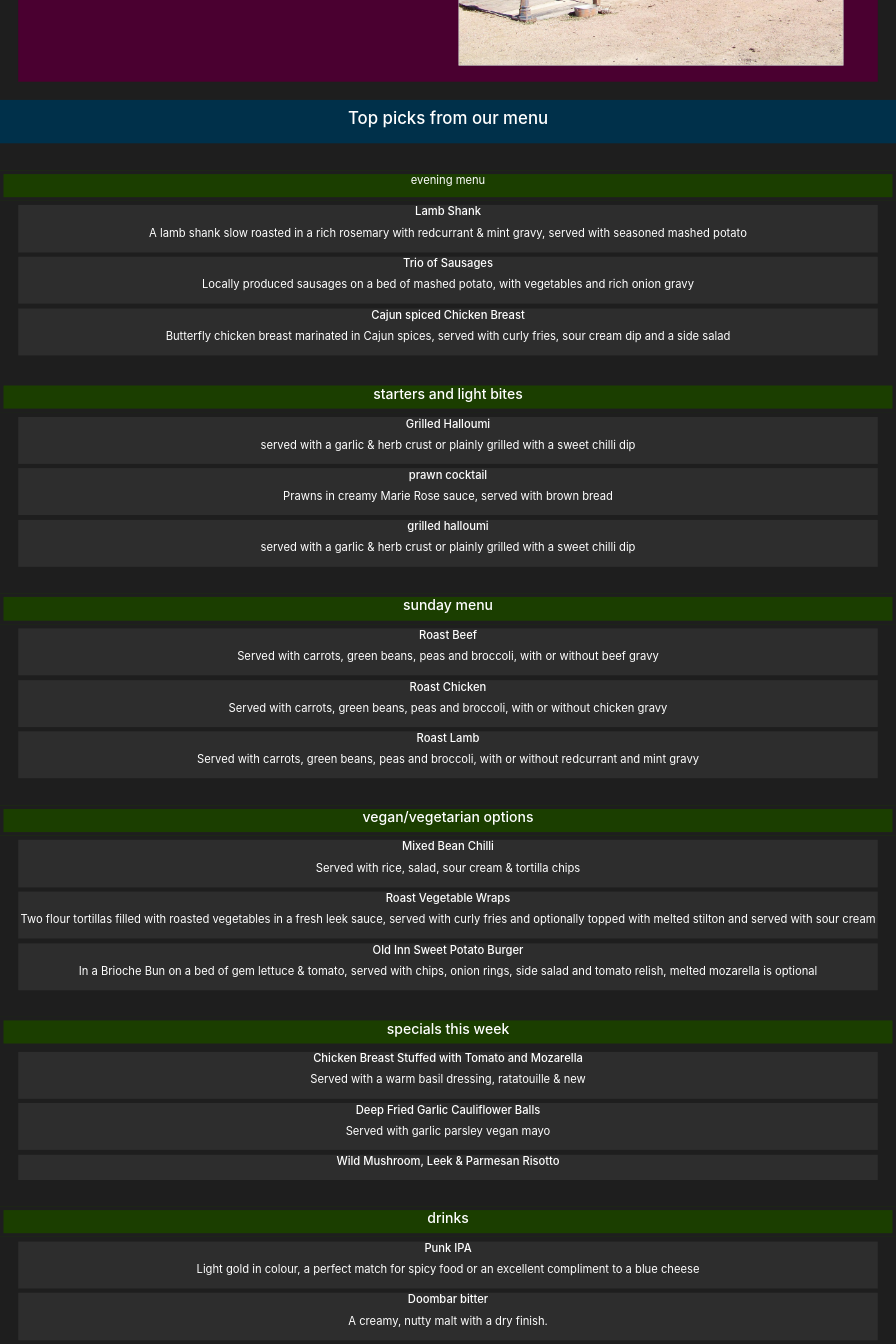
Repository: Code-Institute-Submissions/JamesLStudent-Milestone_One
Page: index.html
The author's editor kept a record of every edit. The page is drawn from the files as they stood at one moment, then again after the next edit.
The browser window is 1280 px wide. The pictures show the part of the page from y = 1134 to 3054 px (the page is 3584 px tall before and 3591 px after), at 70% of full size.

Above is the page before.
Console error: TypeError: Cannot read properties of undefined (reading 'fn')

### index.html
<!DOCTYPE html>
<html lang="en">

<head>
    <meta charset="UTF-8">
    <meta name="viewport" content="width=device-width, initial-scale=1.0">
    <meta http-equiv="X-UA-Compatible" content="ie=edge">
    <title>Welcome to The Old Inn</title>
    <link href="Assets/main.css" rel="stylesheet" type="text/css" />
    <link rel="stylesheet" href="https://stackpath.bootstrapcdn.com/bootstrap/4.3.1/css/bootstrap.min.css" integrity="sha384-ggOyR0iXCbMQv3Xipma34MD+dH/1fQ784/j6cY/iJTQUOhcWr7x9JvoRxT2MZw1T" crossorigin="anonymous">
    <script src="https://stackpath.bootstrapcdn.com/bootstrap/4.3.1/js/bootstrap.min.js" integrity="sha384-JjSmVgyd0p3pXB1rRibZUAYoIIy6OrQ6VrjIEaFf/nJGzIxFDsf4x0xIM+B07jRM" crossorigin="anonymous"></script>
</head>

<body class="bg">
    <div class="index-h1-background">
        <h1>The Old Inn</h1>
    </div>
    <a href="menu.html">
        <div class="col-6 col-md-12 col-lg-3 navigation-item black-text">
            <h5>menu</h5>
        </div>
    </a>
    <a href="events.html">
        <div class="col-6 col-md-12 col-lg-3 navigation-item black-text">
            <h5>events</h5>
        </div>
    </a>
    <a href="contacts.html">
        <div class="col-12 col-md-12 col-lg-3 navigation-item black-text">
            <h5>contact us</h5>
        </div>
    </a>
    <a href="produce.html">
        <div class="col-12 col-md-12 col-lg-3 navigation-item black-text">
            <h5>our produce</h5>
        </div>
    </a>
    <div class="centerer">
        <div class="subtitle">
            <h4>Restaurant History</h4>
        </div>
        <div class="history">
            <h6 class="black-text">Our pub has a long and colourful history, and if you're interested, we'd love to share it with you.</h6>
            <div>
                <img class="history-img-one" />
                <p class="black-text left-align">
                    While the pub is currently owned and managed by the Reynolds family, it has changed hands many times through the years, and served many purposes.</br>
                    </br>
                    Originally built as a halfway-house between Bristol and London in the mid-16th century, the building was a single storey, with only three rooms - A room for the owner and his wife, a common area, and a room for the merchants and travellers who stayed
                    the night to sleep in.
                    </br>
                </p>
            </div>
            <p class="black-text left-align">
                </br>
                It remained a halfway-house until 1896, when the UK Locomotive Act was repealed and motor vehicles travelling by road no longer needed a man waving a red flag and blowing a horn to walk ahead of them. This allowed cars to become more widespread, changing
                the journey from London to Bristol from a several day excursion to a trip manageable in a single day.</br>
                </br>This change meant that a halfway-house was no longer necessary, and thus the property was sold to become a family home. It was during this time that the building recieved several of its many expansions, upgrading it from three rooms to
                five.
            </p>
            <img class="history-img-two" />
            <p class="black-text left-align">
                </br>This change did not last, however, as the start of World War One in 1914 saw the new family's father and only son enlist in the army, leaving their mother alone. Unfortunately, neither of them made it home from the war, and their mother
                moved out of the house in 1920.</br>
                </br>
                The property remained uninhabited for 12 years, until 1932, when it was finally bought by the current owners' great grandfather, Frank Reynolds, fixed up, expanded to a two storey building and converted into a pub, which it has of course remained, under
                the same family's care ever since.
            </p>
        </div>
        <div class="spacer"></div>
        <div class="subtitle">
            <h4>Top picks from our menu</h4>
        </div>
        <div class="title-link">
            <a href="menu.html#evening">
                <p class="no-decoration white-text">
                    evening menu
                </p>
            </a>
        </div>
        <div class="alt-link white-text">
            <h6>
                Lamb Shank
            </h6>
            <p>
                A lamb shank slow roasted in a rich rosemary with redcurrant & mint gravy, served with seasoned mashed potato
            </p>
        </div>
        <div class="alt-link">
            <h6>
                Trio of Sausages
            </h6>
            <p>
                Locally produced sausages on a bed of mashed potato, with vegetables and rich onion gravy
            </p>
        </div>
        <div class="alt-link">
            <h6>
                Cajun spiced Chicken Breast
            </h6>
            <p>
                Butterfly chicken breast marinated in Cajun spices, served with curly fries, sour cream dip and a side salad
            </p>
        </div>
        <div class="title-link">
            <a href="menu.html#starters">
                <h5 class="no-deco white-text">
                    starters and light bites
                </h5>
            </a>
        </div>
        <div class="alt-link">
            <h6>
                Grilled Halloumi
            </h6>
            <p>
                served with a garlic & herb crust or plainly grilled with a sweet chilli dip
            </p>
        </div>
        <div class="alt-link">
            <h6>
                prawn cocktail
            </h6>
            <p>
                Prawns in creamy Marie Rose sauce, served with brown bread
            </p>
        </div>
        <div class="alt-link">
            <h6>
                grilled halloumi
            </h6>
            <p>
                served with a garlic & herb crust or plainly grilled with a sweet chilli dip
            </p>
        </div>
        <div class="title-link">
            <a href="menu.html#sunday">
                <h5 class="no-deco white-text">
                    sunday menu
                </h5>
            </a>
        </div>
        <div class="alt-link">
            <h6>
                Roast Beef
            </h6>
            <p>
                Served with carrots, green beans, peas and broccoli, with or without beef gravy
            </p>
        </div>
        <div class="alt-link">
            <h6>
                Roast Chicken
            </h6>
            <p>
                Served with carrots, green beans, peas and broccoli, with or without chicken gravy
            </p>
        </div>
        <div class="alt-link">
            <h6>
                Roast Lamb
            </h6>
            <p>
                Served with carrots, green beans, peas and broccoli, with or without redcurrant and mint gravy
            </p>
        </div>
        <div class="title-link">
            <a href="menu.html#vegan">
                <h5 class="no-deco white-text">
                    vegan/vegetarian options
                </h5>
            </a>
        </div>
        <div class="alt-link">
            <h6>
                Mixed Bean Chilli
            </h6>
            <p>
                Served with rice, salad, sour cream & tortilla chips
            </p>
        </div>
        <div class="alt-link">
            <h6>
                Roast Vegetable Wraps
            </h6>
            <p>
            Two flour tortillas filled with roasted vegetables in a fresh leek sauce, served with curly fries and optionally topped with melted stilton and served with sour cream
            </p>
        </div>
        <div class="alt-link">
            <h6>
                Old Inn Sweet Potato Burger
            </h6>
            <p>
                In a Brioche Bun on a bed of gem lettuce & tomato, served with chips, onion rings, side salad and tomato relish, melted mozarella is optional</div>
            </p>
        <div class="title-link">
            <a href="menu.html#specials">
                <h5 class="no-deco white-text">
                    specials this week
                </h5>
            </a>
        </div>
        <div class="alt-link">
            <h6>
                Chicken Breast Stuffed with Tomato and Mozarella
            </h6>
            <p>
            Served with a warm basil dressing, ratatouille & new
            </p>
        </div>
        <div class="alt-link">
            <h6>
                Deep Fried Garlic Cauliflower Balls
            </h6>
            <p>
            Served with garlic parsley vegan mayo
            </p>
        </div>
        <div class="alt-link">
            <h6>
                Wild Mushroom, Leek & Parmesan Risotto
            </h6>
        </div>
        <div class="title-link">
            <a href="menu.html#drinks">
                <h5 class="no-deco white-text">
                    drinks
                </h5>
            </a>
        </div>
        <div class="alt-link">
            <h6>
                Punk IPA
            </h6>
            <p>
            Light gold in colour, a perfect match for spicy food or an excellent compliment to a blue cheese
            </p>
        </div>
        <div class="alt-link">
            <h6>
                Doombar bitter
            </h6>
            <p>
            A creamy, nutty malt with a dry finish.
            </p>
        </div>
        <div class="alt-link">
            <h6>
                Gem amber ale
            </h6>
            <p>
            A creamy, nutty malt with a dry finish
            </p>
        </div>
        <footer>
            <div class="footer">
                <div class="col-12 footer-div text-muted">
                    <h5>contact</h5>
                </div>
                <div class="col-12 col-md-6 col-lg-8 left footer-div text-muted left-align">
                    <h6>opening times</h6>
                    <p class="left-align">
                        </br>
                        Mon - Thu: 11:00 - 23:00</br>
                        Fri - Sat: 11:00 - 00:00</br>
                        Sun: 12:00 - 22:30</br>
                        </br>
                    </p>
                    <h6>food served</h6>
                    <p class="left-align">
                        </br>
                        Mon - Fri: 12:00 - 14:30, 17:00 - 21:00</br>
                        Sat: 12:00 - 21:00</br>
                        Sun: 12:00 - 15:00, 17:30 - 20:00</p>
                </div>
                <div class="col-12 col-md-6 col-lg-4 left footer-div text-muted left-align">
                    <h6>contact details</h6>
                    <p class="left-align">
                        </br>Fake Street, Coalpit Heath, Bristol, FA73 0NE</br>01454 123456</br>
                        info@oldinncoalpitheath.co.uk</p>
                    <h6>
                        </br>follow us</h6>
                    <p>
                        </br>facebook link</p>
                </div>
            </div>
        </footer>
    </div>
</body>

</html>

### Assets/main.css
/*----------------- STYLES APPEARING ON MULTIPLE PAGES -----------------*/

.bg {
    position: absolute;
    top: 0;
    left: 0;
    bottom: 0;
    right: 0;
    display: block;
    background-color: #1e1e1e;
}

h1 {
    text-align: center;
    min-height: 40px;
    height: auto;
    padding: 2% 0 2% 0;
    color: #FFFFFF;
    background: rgba(0, 0, 0, 0.5);
}

.subtitle {
    text-align: center;
    padding: 3% 0 3% 0;
    margin: 5% 0 0 0;
    display: inline-block;
    width: 100%;
    min-height: 15px;
    height: auto;
    background-color: #00304A;
    color: #FFFFFF;
}

.sub-box {
    background-color: #1B3E00;
    height: auto;
    border: 5px solid #1e1e1e;
    line-height: 100%;
    margin-top: 3%;
    min-height: 6%;
    height: auto;
    color: #FFFFFF;
    text-decoration: none;
}

.black-text {
    color: black;
}

.white-text {
    color: #FFFFFF;
}

footer {
    min-height: 20%;
    height: auto;
    display: block;
    bottom: 0;
    position: relative;
}

.footer {
    display: inline-block;
    margin-top: 5%;
    width: 100%;
    min-height: 100%;
    height: auto;
    background-color: #141414;
}

.centerer {
    height: 100%;
    text-align: center;
}

.left {
    float: left;
}

.right {
    float: right;
}

.clear {
    padding: 0;
    margin: 0;
}

.footer-div {
    padding: 2%;
}

.left-align {
    text-align: left;
}

.inline {
    display: inline-block;
}

.no-deco {
    text-decoration: none;
}

.no-deco:hover {
    text-decoration: none;
}

/*----------------- MAIN NAV ITEM -----------------*/

.navigation-item {
    background-color: #FFFFFF;
    float: left;
    text-align: center;
    border-radius: 10px;
    border: 5px solid #1e1e1e;
}

.navigation-item:hover {
    text-decoration: none;
    background-color: #383838;
    color: #FFFFFF;
}

/*----------------- HOMEPAGE STYLE -----------------*/

.history {
    margin: 5% 2% 0 2%;
    display: inline-block;
    text-align: center;
    width: 96%;
    min-height: 50%;
    height: auto;
    background-color: #4A0030;
    padding: 0 2% 0 2%;
}

.alt-link {
    margin: 1% 2% 0% 2%;
    display: inline-block;
    text-align: center;
    width: 96%;
    min-height: 5%;
    height: auto;
    background-color: #2D2D2D;
    color: #FFFFFF;
}

.title-link {
    background-color: #1B3E00;
    height: auto;
    border: 5px solid #1e1e1e;
    line-height: 100%;
    margin-top: 3%;
    min-height: 6%;
    color: #FFFFFF;
    text-decoration: none;
}

.title-link:hover {
    background-color: #1C3906;
    color: #FFFFFF;
    text-decoration: none;
}

.index-h1-background {
    background-image: url("./images/index-h1.jpg");
    background-position: center;
    background-repeat: no-repeat;
    background-size: cover;
    min-height: auto;
}

.history-img-one {
    background-image: url("./images/history-1.jpg");
    background-position: center;
    background-repeat: no-repeat;
    background-size: cover;
    height: 200px;
    width: 250px;
}

.history-img-two {
    background-image: url("./images/history-2.jpg");
    background-position: center;
    background-repeat: no-repeat;
    background-size: cover;
    height: 200px;
    width: 250px;
}

/*----------------- MENU STYLE -----------------*/

.small-link {
    line-height: 100%;
    display: inline-block;
    text-align: center;
    height: auto;
    background-color: #4A0030;
    border-radius: 10px;
    border: 5px solid #1e1e1e;
    color: #FFFFFF;
}

.small-link:hover {
    text-decoration: none;
    color: #FFFFFF;
    background-color: #320121;
}

.food {
    width: 30%;
    float: left;
    padding: 0;
}

.food-desc {
    width: 50%;
    float: left;
    border-left: 1px solid white;
    border-right: 1px solid white;
}

.food-cost {
    width: 20%;
    float: left;
}

.vert-align {
    position: relative;
    top: 50%;
    transform: translateY(-50%);
}

.menu-h1-background {
    background-image: url("./images/menu-h1.jpg");
    background-position: center;
    background-repeat: no-repeat;
    background-size: cover;
    min-height: auto;
}

/*----------------- EVENTS STYLE -----------------*/

.img-text {
    background-color: #304A00;
    height: auto;
    border-bottom: 5px solid #1e1e1e;
    border-right: 5px solid #1e1e1e;
    border-left: 5px solid #1e1e1e;
    line-height: 100%;
}

.image {
    height: auto;
    width: 96%;
    margin: 2% 2% 0 2%;
    background-color: #FFFFFF;
    overflow: hidden;
}

.spacer {
    margin-top: 5%;
}

.events-h1-background {
    background-image: url("./images/events-h1.jpg");
    background-position: center;
    background-repeat: no-repeat;
    background-size: cover;
    min-height: auto;
}

.moth-day {
    background-image: url("./images/moth-day.jpg");
}

.fath-day {
    background-image: url("./images/fath-day.jpg");
}

.christmas {
    background-image: url("./images/christmas.png");
}

.easter {
    background-image: url("./images/easter.jpg");
}

.events-img {
    background-position: center;
    background-repeat: no-repeat;
    background-size: cover;
    height: 150px;
    width: 290px;
}

/*----------------- PRODUCE STYLE -----------------*/

.produce {
    padding: 0 3% 0 3%;
}

.produce-h1-background {
    background-image: url("./images/produce-h1.jpg");
    background-position: center;
    background-repeat: no-repeat;
    background-size: cover;
    min-height: auto;
}

/*----------------- PRODUCE STYLE -----------------*/

.contacts-h1-background {
    background-image: url("./images/contacts-h1.jpg");
    background-position: center;
    background-repeat: no-repeat;
    background-size: cover;
    min-height: auto;
}

/*----------------- TABLET MEDIA QUERIES -----------------*/

@media (min-width: 768px) {
    .footer {
        margin-top: 3%;
    }
    .history {
        margin-top: 3%;
    }
    .alt-link {
        margin-top: 1%;
    }
    .subtitle {
        margin-top: 2.5%;
        padding: 1% 0 1% 0;
    }
    .spacer {
        margin-top: 3%;
    }
    .sub-box {
        margin-top: 2%;
    }
    .history-img-one {
        height: 400px;
        width: 450px;
    }
    .history-img-two {
        height: 500px;
        width: 550px;
    }
    .events-img {
        height: 190px;
        width: 730px;
    }
}

/*----------------- DESKTOP MEDIA QUERIES -----------------*/

@media (min-width: 992px) {
    .footer {
        margin-top: 2%;
    }
    .history {
        margin-top: 1%;
    }
    .alt-link {
        margin-top: 0.5%;
    }
    .subtitle {
        margin-top: 1%;
    }
    .spacer {
        margin-top: 1%;
    }
    .sub-box {
        margin-top: 0.5%;
    }
    .history-img-one {
        margin: 2% 2% 2% 2%;
        float: left;
    }
    .history-img-two {
        margin: 2% 2% 2% 2%;
        float: right;

    }
    .events-img {
        height: 230px;
        width: 1220px;
    }
}

After the next edit:
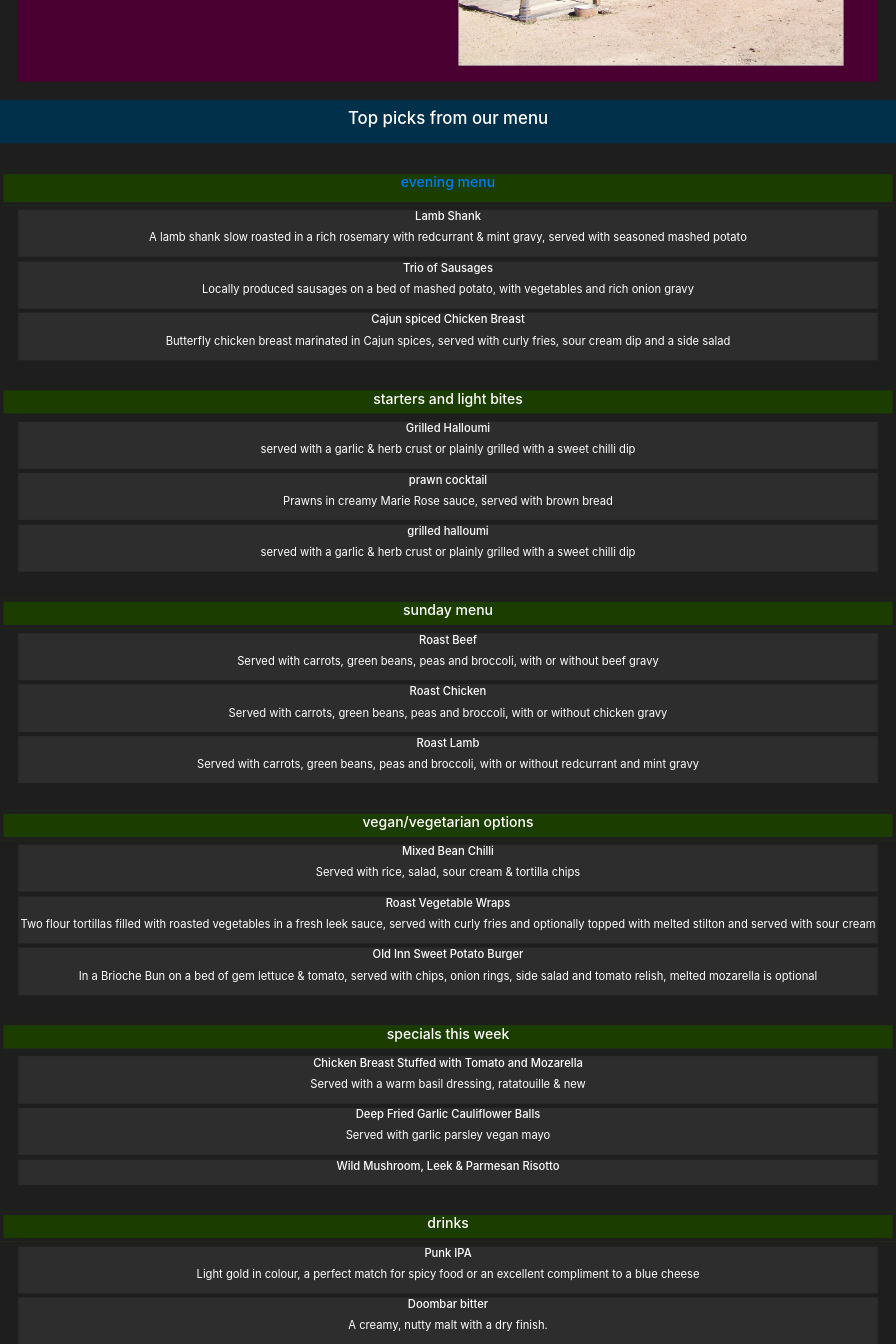
The edit:
--- a/index.html
+++ b/index.html
@@ -73,7 +73,7 @@
         </div>
         <div class="title-link">
             <a href="menu.html#evening">
-                <p class="no-decoration white-text">
+                <h5 class="no-decoration white-text">
                     evening menu
                 </p>
             </a>

After the edit that followed:
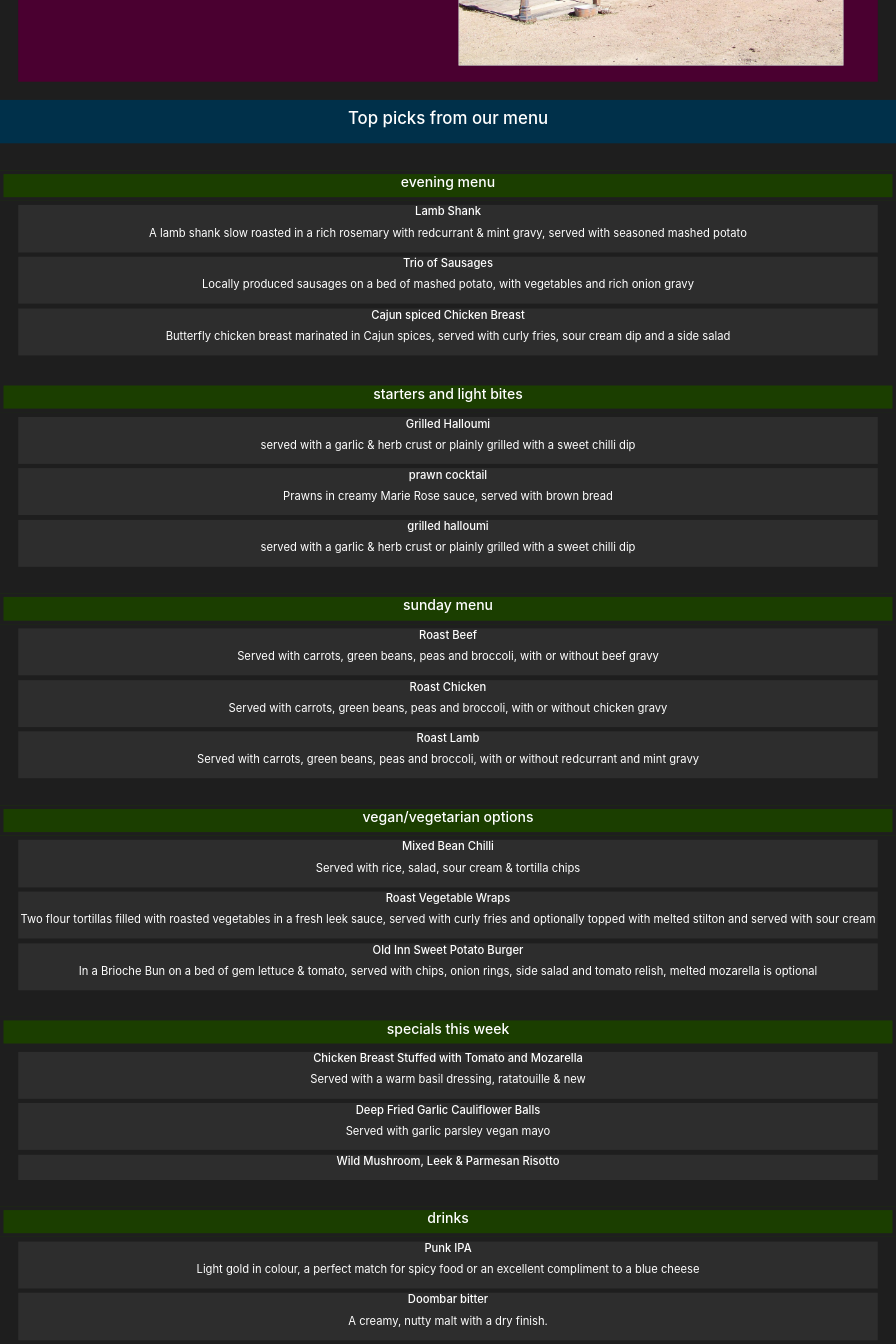
The edit:
--- a/index.html
+++ b/index.html
@@ -75,7 +75,7 @@
             <a href="menu.html#evening">
                 <h5 class="no-decoration white-text">
                     evening menu
-                </p>
+                </h5>
             </a>
         </div>
         <div class="alt-link white-text">
